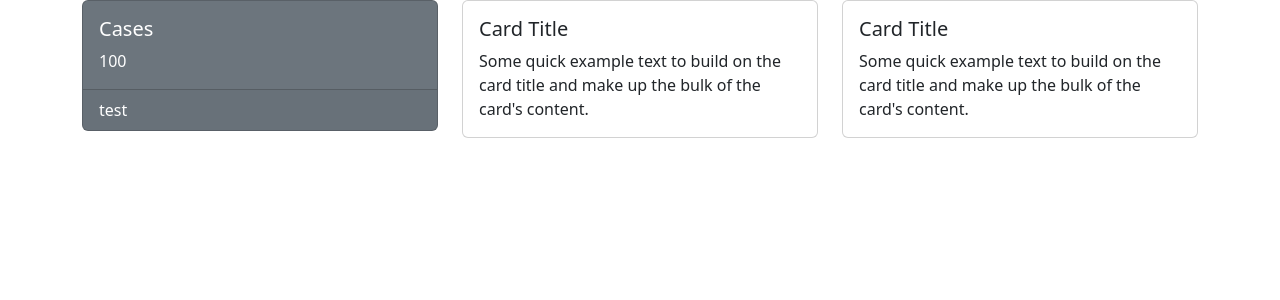
Repository: azizdeghais/CovidTracker
Page: /
An editor plug-in stored every save of this project. The page is shown before and after the next save, followed by the edit.
The browser window is 1280 px wide. The pictures show the whole page.
The project was rebuilt for these pictures with package versions that can differ from the ones it lists, and the page was loaded fresh each time. Also part of the build but not shown: vite.config.js.

Above is the page before, as saved 2023-03-09 15:48:53.

### src/main.jsx
import React from 'react'
import ReactDOM from 'react-dom/client'
import App from './App'
import 'bootstrap/dist/css/bootstrap.min.css';


ReactDOM.createRoot(document.getElementById('root')).render(
  <React.StrictMode>
    <App />
  </React.StrictMode>,
)

### src/App.jsx
import React, { useEffect } from 'react'
import axios from 'axios'
import Container from 'react-bootstrap/Container';
import Row from 'react-bootstrap/Row';
import Col from 'react-bootstrap/Col';
import Card from 'react-bootstrap/Card';



function App() {




  return (
    <Container>
      <Row >
        <Col>
          <Card bg='secondary' text='white' >
            <Card.Body>
              <Card.Title>Cases</Card.Title>
              <Card.Text>
                100
              </Card.Text>
            </Card.Body>
            <Card.Footer>
              test
            </Card.Footer>
          </Card>
        </Col>
        <Col>
          <Card >
            <Card.Body>
              <Card.Title>Card Title</Card.Title>
              <Card.Text>
                Some quick example text to build on the card title and make up the
                bulk of the card's content.
              </Card.Text>
            </Card.Body>
          </Card>
        </Col>
        <Col>
          <Card >
            <Card.Body>
              <Card.Title>Card Title</Card.Title>
              <Card.Text>
                Some quick example text to build on the card title and make up the
                bulk of the card's content.
              </Card.Text>
            </Card.Body>
          </Card>
        </Col>
      </Row>
    </Container>
  )
}

export default App

Loaded but not shown: index.html (common file)

After the next save:
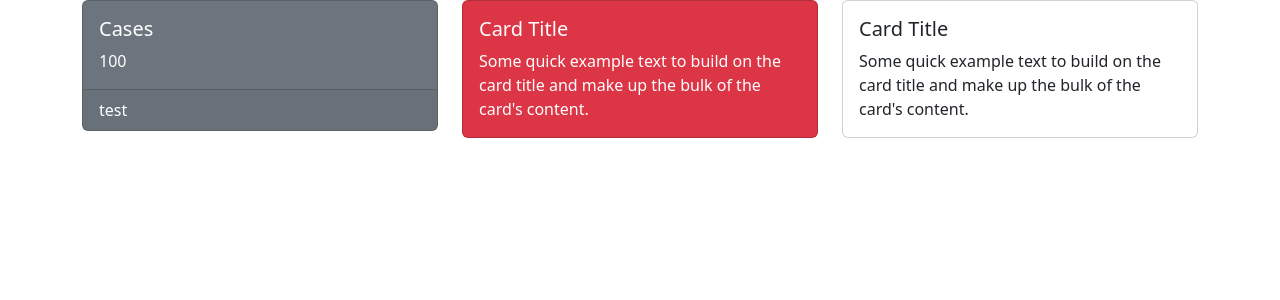
Saved 48 s later.
--- a/src/App.jsx
+++ b/src/App.jsx
@@ -29,7 +29,7 @@ function App() {
           </Card>
         </Col>
         <Col>
-          <Card >
+          <Card bg='danger' text='white' >
             <Card.Body>
               <Card.Title>Card Title</Card.Title>
               <Card.Text>
